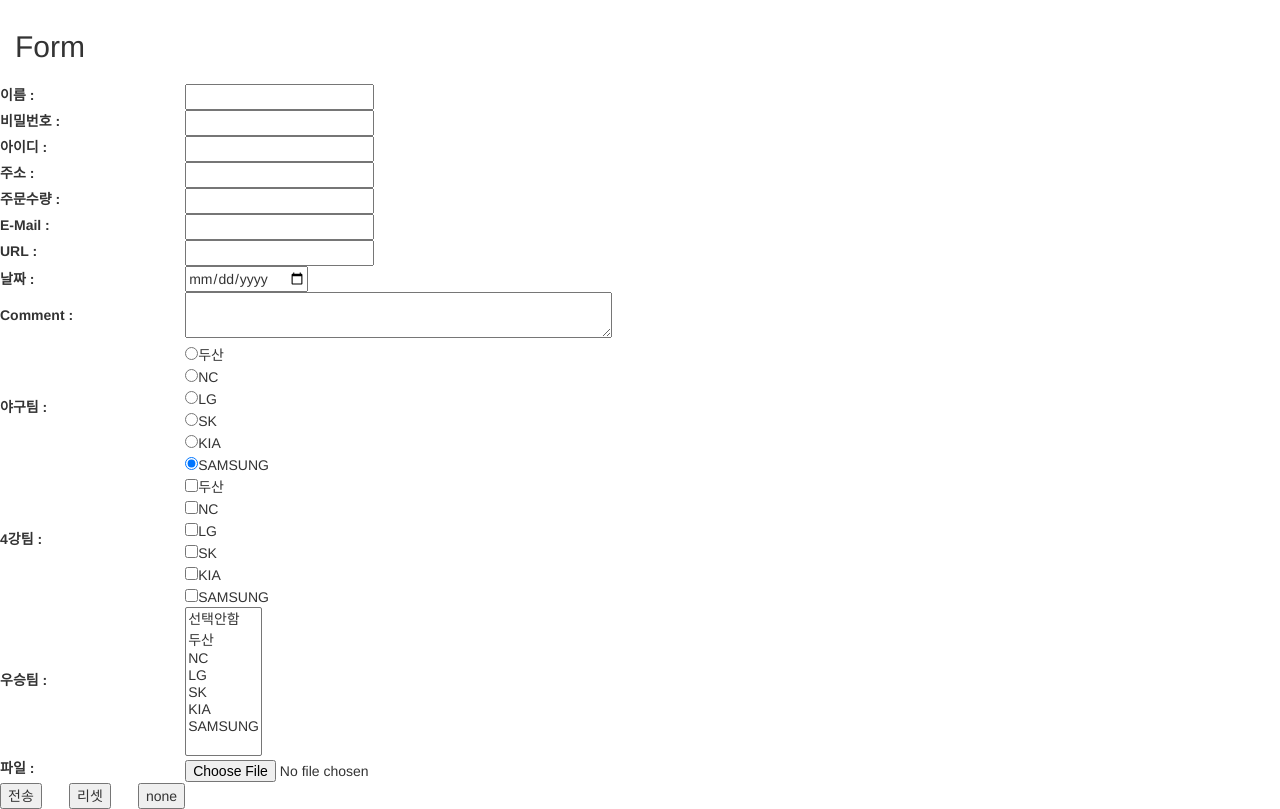
Repository: jyjoh97/SQL
Page: web01/src/main/webapp/form.html
These files come from the project's save history. The page is drawn as it stood at one moment and after the next save; the edit follows.
The browser window is 1280 px wide. The pictures show the whole page.

Above is the page before, as saved 2022-04-22 06:34:48.
Console error (its wording comes from the project's code and is left out).

After the next save:
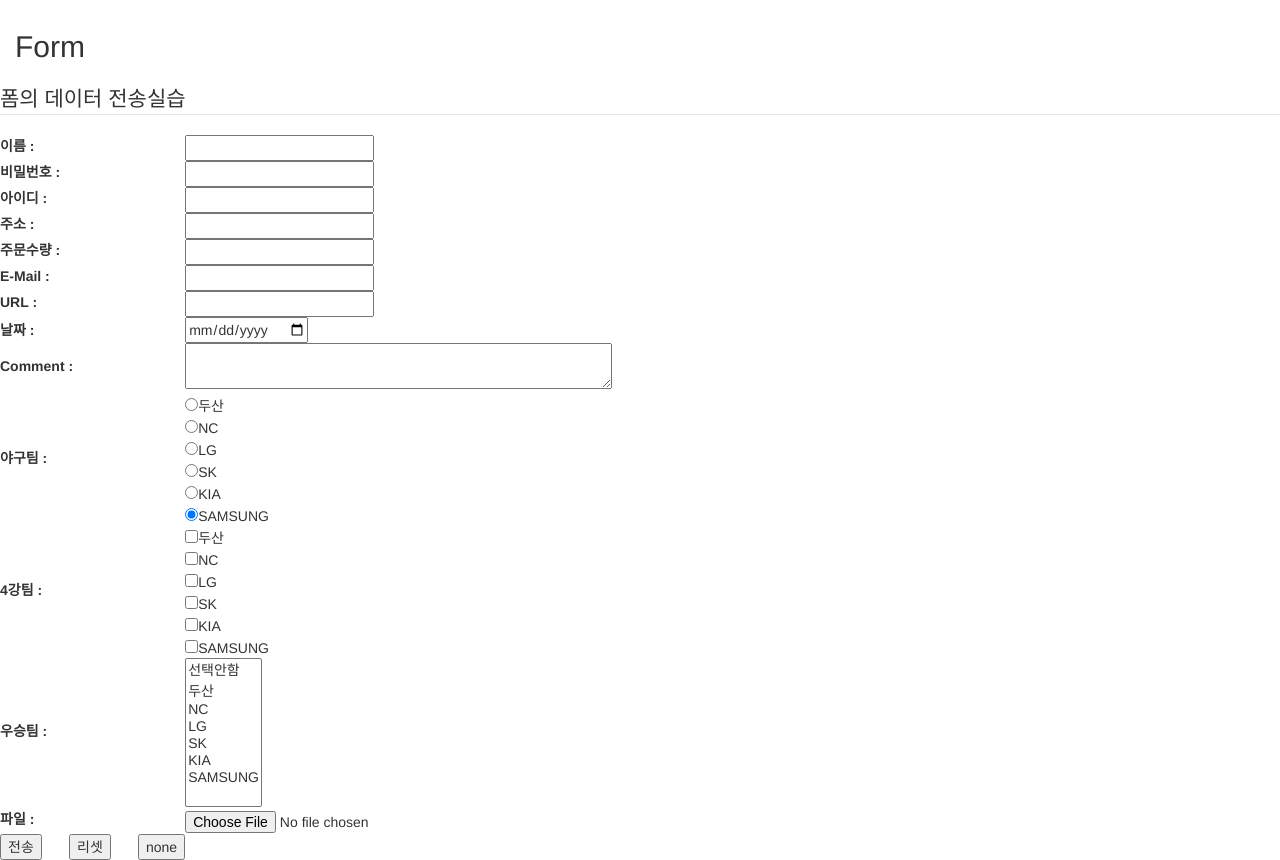
Saved 16 s later.
--- a/web01/src/main/webapp/form.html
+++ b/web01/src/main/webapp/form.html
@@ -17,6 +17,7 @@
 	<div class="panle-body">
 	<form method="post" action="form1.jsp" name="frm1">
 	<fieldset>
+		<legend>폼의 데이터 전송실습</legend>
 		<table>
 			<tbody>
 				<tr>
